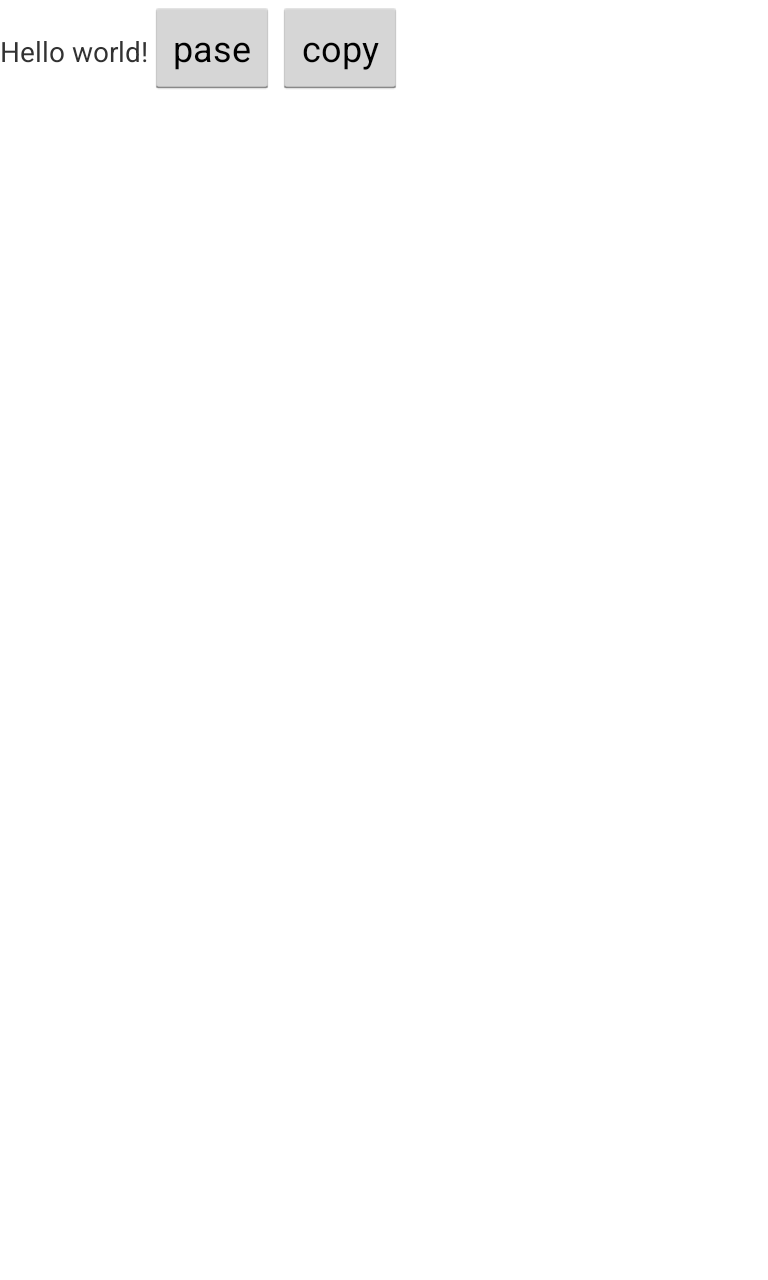
Repository: yuxiaolongwin/chemepress
Layout: workspace/test/res/layout/activity_main.xml
The author's editor kept a copy of each file at every save. The layout is drawn from the files as they stood at one save, then again after the next save.
It is drawn on a 768 x 1280 px phone screen (xhdpi) without system bars, with theme AppTheme; the app's code is not run.

Above is the layout before, as saved 2012-12-13 06:33:08.

After the next save:
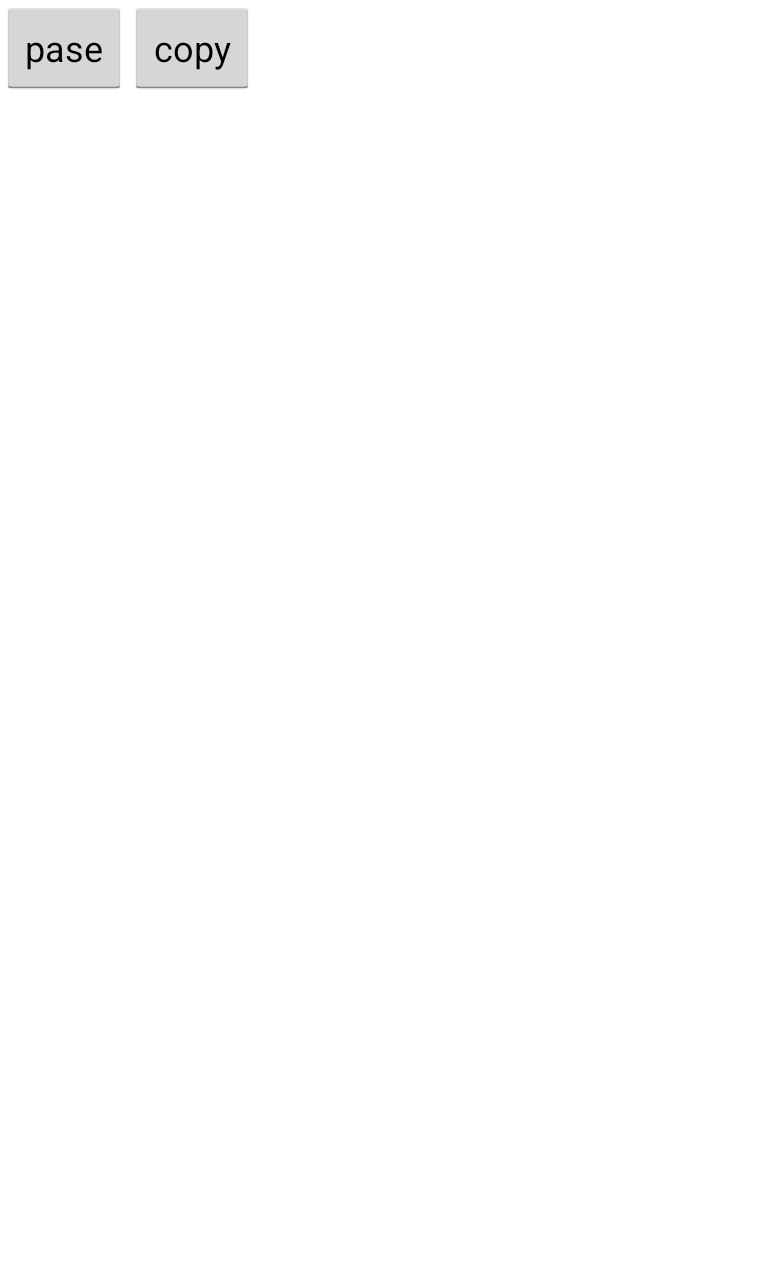
Saved 43 s later.
--- a/workspace/test/res/layout/activity_main.xml
+++ b/workspace/test/res/layout/activity_main.xml
@@ -3,13 +3,6 @@
     android:layout_width="match_parent"
     android:layout_height="match_parent"
     tools:context=".MainActivity" >
-
-    <TextView
-        android:layout_width="wrap_content"
-        android:layout_height="wrap_content"
-        android:layout_centerHorizontal="true"
-        android:layout_centerVertical="true"
-        android:text="@string/hello_world" />
     <Button
         android:id="@+id/button"
         android:layout_width="wrap_content"
